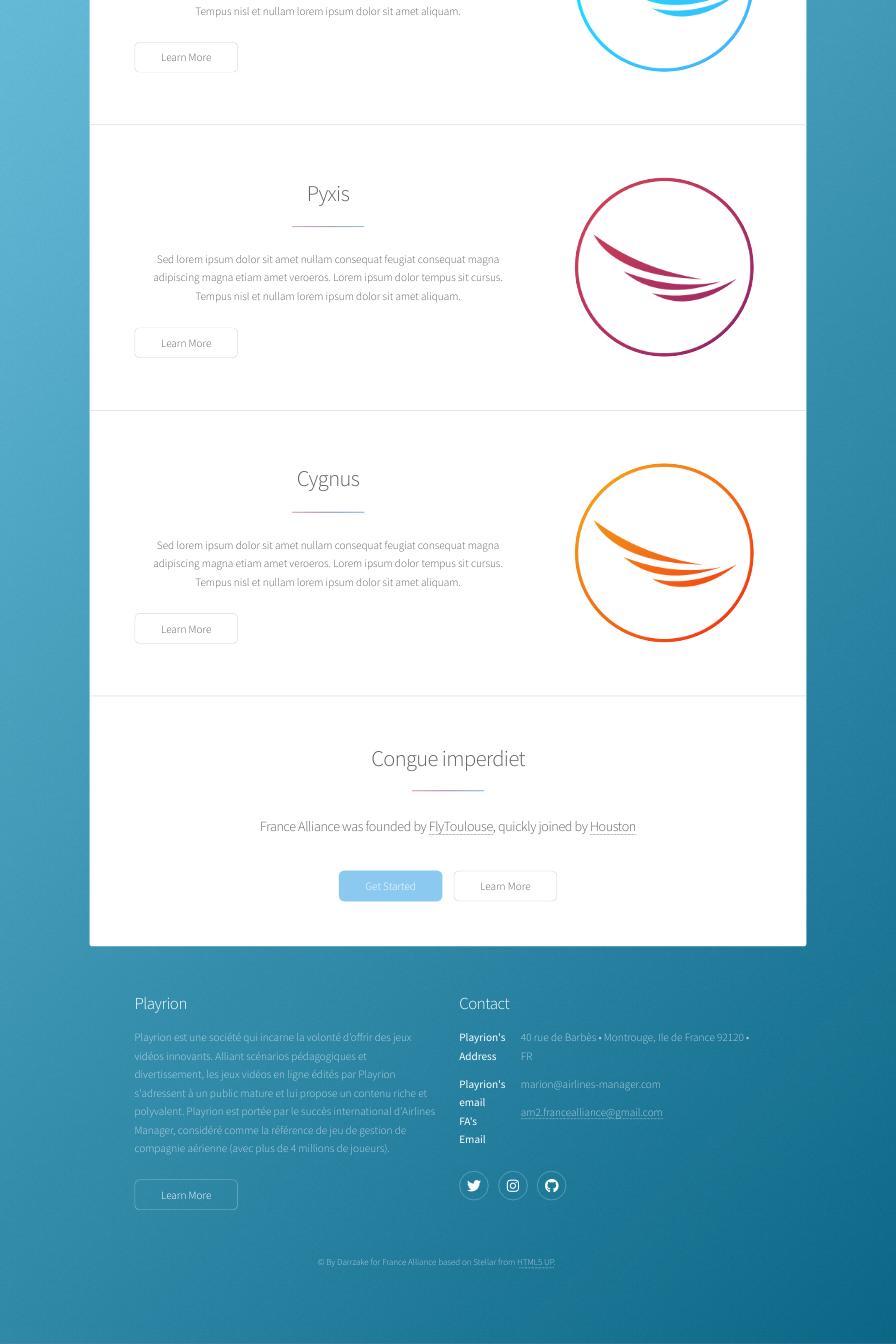
Repository: France-Alliance/France-Alliance.github.io
Page: index.html
The author's editor kept a copy of each file at every save. The page is drawn from the files as they stood at one save, then again after the next save.
The browser window is 1280 px wide. The pictures show the part of the page from y = 1154 to 3074 px (the page is 3074 px tall), at 70% of full size.

Above is the page before, as saved 2021-04-08 17:19:49.

### index.html
<!DOCTYPE HTML>
<!--
	From Stellar by HTML5 UP
	html5up.net | @ajlkn
	Free for personal and commercial use under the CCA 3.0 license (html5up.net/license)
-->
<html>

<head>
	<title>France Alliance</title>
	<meta charset="utf-8" />
	<meta name="viewport" content="width=device-width, initial-scale=1, user-scalable=no" />
	<link rel="stylesheet" href="assets/css/main.css" />
	<noscript>
		<link rel="stylesheet" href="assets/css/noscript.css" />
	</noscript>
	<script src="https://twemoji.maxcdn.com/v/latest/twemoji.min.js" crossorigin="anonymous"></script>
</head>

<body class="is-preload">

	<!-- Wrapper -->
	<div id="wrapper">

		<!-- Header -->
		<header id="header" class="alt">
			<span class="logo"><img src="images/Fichier 1.png" alt="" /></span>
			<h1>France Alliance</h1>
			<p>A corporation of alliances by players, for players !<br>
				<i><a href="https://discord.com/invite/ZGWHpfm">Come and fly with us !</a></i></u><br>
			</p>
		</header>



		<!-- Nav -->
		<nav id="nav">
			<ul>
				<li><a href="#intro" class="active">Corporation</a></li>
				<li><a href="#first">Aquila</a></li>
				<li><a href="#second">Pyxis</a></li>
				<li><a href="#third">Cygnus</a></li>
				<li><a href="#au">About us</a></li>
			</ul>
		</nav>

		<!-- Main -->
		<div id="main">
			<!-- Introduction -->
			<section id="intro" class="main">
				<div class="spotlight">
					<div class="content">
						<header class="major">
							<h2>France Alliance Corporation</h2>
						</header>
						<p>Sed lorem ipsum dolor sit amet nullam consequat feugiat consequat magna
							adipiscing magna etiam amet veroeros. Lorem ipsum dolor tempus sit cursus.
							Tempus nisl et nullam lorem ipsum dolor sit amet aliquam.</p>
						<ul class="actions">
							<li><a href="generic.html" class="button">Learn More</a></li>
						</ul>
					</div>
					<span class="image"><img src="Ressources/Fichier 1.png" alt="" /></span>
				</div>
			</section>

			<!-- First Section Example
							<section id="second" class="main special">
								<header class="major">
									<h2>Magna veroeros</h2>
								</header>
								<ul class="features">
									<li>
										<span class="icon solid major style1 fa-code"></span>
										<h3>Ipsum consequat</h3>
										<p>Sed lorem amet ipsum dolor et amet nullam consequat a feugiat consequat tempus veroeros sed consequat.</p>
									</li>
									<li>
										<span class="icon major style3 fa-copy"></span>
										<h3>Amed sed feugiat</h3>
										<p>Sed lorem amet ipsum dolor et amet nullam consequat a feugiat consequat tempus veroeros sed consequat.</p>
									</li>
									<li>
										<span class="icon major style5 fa-gem"></span>
										<h3>Dolor nullam</h3>
										<p>Sed lorem amet ipsum dolor et amet nullam consequat a feugiat consequat tempus veroeros sed consequat.</p>
									</li>
								</ul>
								<footer class="major">
									<ul class="actions special">
										<li><a href="generic.html" class="button">Learn More</a></li>
									</ul>
								</footer>
							</section>
				-->

			<!-- Second Section
							<section id="second" class="main special">
								<header class="major">
									<h2>Ipsum consequat</h2>
									<p>Donec imperdiet consequat consequat. Suspendisse feugiat congue<br />
									posuere. Nulla massa urna, fermentum eget quam aliquet.</p>
								</header>
								<ul class="statistics">
									<li class="style1">
										<span class="icon solid fa-code-branch"></span>
										<strong>5,120</strong> Etiam
									</li>
									<li class="style2">
										<span class="icon fa-folder-open"></span>
										<strong>8,192</strong> Magna
									</li>
									<li class="style3">
										<span class="icon solid fa-signal"></span>
										<strong>2,048</strong> Tempus
									</li>
									<li class="style4">
										<span class="icon solid fa-laptop"></span>
										<strong>4,096</strong> Aliquam
									</li>
									<li class="style5">
										<span class="icon fa-gem"></span>
										<strong>1,024</strong> Nullam
									</li>
								</ul>
								<p class="content">Nam elementum nisl et mi a commodo porttitor. Morbi sit amet nisl eu arcu faucibus hendrerit vel a risus. Nam a orci mi, elementum ac arcu sit amet, fermentum pellentesque et purus. Integer maximus varius lorem, sed convallis diam accumsan sed. Etiam porttitor placerat sapien, sed eleifend a enim pulvinar faucibus semper quis ut arcu. Ut non nisl a mollis est efficitur vestibulum. Integer eget purus nec nulla mattis et accumsan ut magna libero. Morbi auctor iaculis porttitor. Sed ut magna ac risus et hendrerit scelerisque. Praesent eleifend lacus in lectus aliquam porta. Cras eu ornare dui curabitur lacinia.</p>
								<footer class="major">
									<ul class="actions special">
										<li><a href="generic.html" class="button">Learn More</a></li>
									</ul>
								</footer>
							</section>
				-->
			<!-- First Section -->
			<section id="first" class="main special">
				<div class="spotlight">
					<div class="content">
						<header class="major">
							<h2>Aquila</h2>
						</header>
						<p>Sed lorem ipsum dolor sit amet nullam consequat feugiat consequat magna
							adipiscing magna etiam amet veroeros. Lorem ipsum dolor tempus sit cursus.
							Tempus nisl et nullam lorem ipsum dolor sit amet aliquam.</p>
						<ul class="actions">
							<li><a href="generic.html" class="button">Learn More</a></li>
						</ul>
					</div>
					<span class="image"><img src="Ressources/Fichier 2.png" alt="" /></span>
				</div>
			</section>

			<!-- Second Section -->
			<section id="second" class="main special">
				<div class="spotlight">
					<div class="content">
						<header class="major">
							<h2>Pyxis</h2>
						</header>
						<p>Sed lorem ipsum dolor sit amet nullam consequat feugiat consequat magna
							adipiscing magna etiam amet veroeros. Lorem ipsum dolor tempus sit cursus.
							Tempus nisl et nullam lorem ipsum dolor sit amet aliquam.</p>
						<ul class="actions">
							<li><a href="generic.html" class="button">Learn More</a></li>
						</ul>
					</div>
					<span class="image"><img src="Ressources/Fichier 3.png" alt="" /></span>
				</div>
			</section>

			<!-- Third Section -->
			<section id="third" class="main special">
				<div class="spotlight">
					<div class="content">
						<header class="major">
							<h2>Cygnus</h2>
						</header>
						<p>Sed lorem ipsum dolor sit amet nullam consequat feugiat consequat magna
							adipiscing magna etiam amet veroeros. Lorem ipsum dolor tempus sit cursus.
							Tempus nisl et nullam lorem ipsum dolor sit amet aliquam.</p>
						<ul class="actions">
							<li><a href="generic.html" class="button">Learn More</a></li>
						</ul>
					</div>
					<span class="image"><img src="Ressources/Fichier 4.png" alt="" /></span>
				</div>
			</section>

			<!-- About us -->
			<section id="au" class="main special">
				<header class="major">
					<h2>Congue imperdiet</h2>
					<p>France Alliance was founded by <a
							href="https://www.airlines-manager.com/company/profile/airline/450718">FlyToulouse</a>,
						quickly joined by
						<a href="https://www.airlines-manager.com/company/profile/airline/4164392">Houston</a>

					</p>
				</header>
				<footer class="major">
					<ul class="actions special">
						<li><a href="generic.html" class="button primary">Get Started</a></li>
						<li><a href="generic.html" class="button">Learn More</a></li>
					</ul>
				</footer>
			</section>
		</div>

		<!-- Footer -->
		<footer id="footer">
			<section>
				<h2>Playrion</h2>
				<p>Playrion est une société qui incarne la volonté d’offrir des jeux vidéos innovants. Alliant
					scénarios pédagogiques et divertissement, les jeux vidéos en ligne édités par Playrion s'adressent à
					un public mature et lui propose un contenu riche et polyvalent.

					Playrion est portée par le succès international d’Airlines Manager, considéré comme la référence de
					jeu de gestion de compagnie aérienne (avec plus de 4 millions de joueurs).</p>
				<ul class="actions">
					<li><a href="https://discord.gg/airlinesmanager" class="button">Learn More</a></li>
				</ul>
			</section>
			<section>
				<h2>Contact</h2>
				<dl class="alt">
					<dt>Playrion's Address</dt>
					<dd>40 rue de Barbès &bull; Montrouge, Ile de France 92120 &bull; FR</dd>
					<dt>Playrion's email</dt>
					<dd> marion@airlines-manager.com</dd>
					<dt>FA's Email</dt>
					<dd><a href="#">am2.francealliance@gmail.com</a></dd>
				</dl>
				<ul class="icons">
					<li><a href="https://twitter.com/FranceAlliance" class="icon brands fa-twitter alt"><span
								class="label">Twitter</span></a></li>
					<!--<li><a href="#" class="icon brands fa-facebook-f alt"><span class="label">Facebook</span></a></li>-->
					<li><a href="https://www.instagram.com/francealliance" class="icon brands fa-instagram alt"><span
								class="label">Instagram</span></a></li>
					<li><a href="https://github.com/France-Alliance" class="icon brands fa-github alt"><span
								class="label">GitHub</span></a></li>
					<!--<li><a href="#" class="icon brands fa-dribbble alt"><span class="label">Dribbble</span></a></li>-->
				</ul>
			</section>
			<p class="copyright">&copy; By Darrzake for France Alliance based on Stellar from <a
					href="https://html5up.net">HTML5 UP</a>.</p>
		</footer>

	</div>

	<!-- Scripts -->
	<script src="assets/js/jquery.min.js"></script>
	<script src="assets/js/jquery.scrollex.min.js"></script>
	<script src="assets/js/jquery.scrolly.min.js"></script>
	<script src="assets/js/browser.min.js"></script>
	<script src="assets/js/breakpoints.min.js"></script>
	<script src="assets/js/util.js"></script>
	<script src="assets/js/main.js"></script>

</body>

</html>

Loaded but not shown: assets/css/fontawesome-all.min.css (library); assets/js/jquery.min.js (library); assets/js/jquery.scrollex.min.js (common file); assets/js/jquery.scrolly.min.js (common file); assets/js/browser.min.js (common file); assets/js/breakpoints.min.js (common file); assets/js/util.js (587 lines, source omitted); assets/js/main.js (123 lines, source omitted); assets/css/main.css (3784 lines, source omitted)

After the next save:
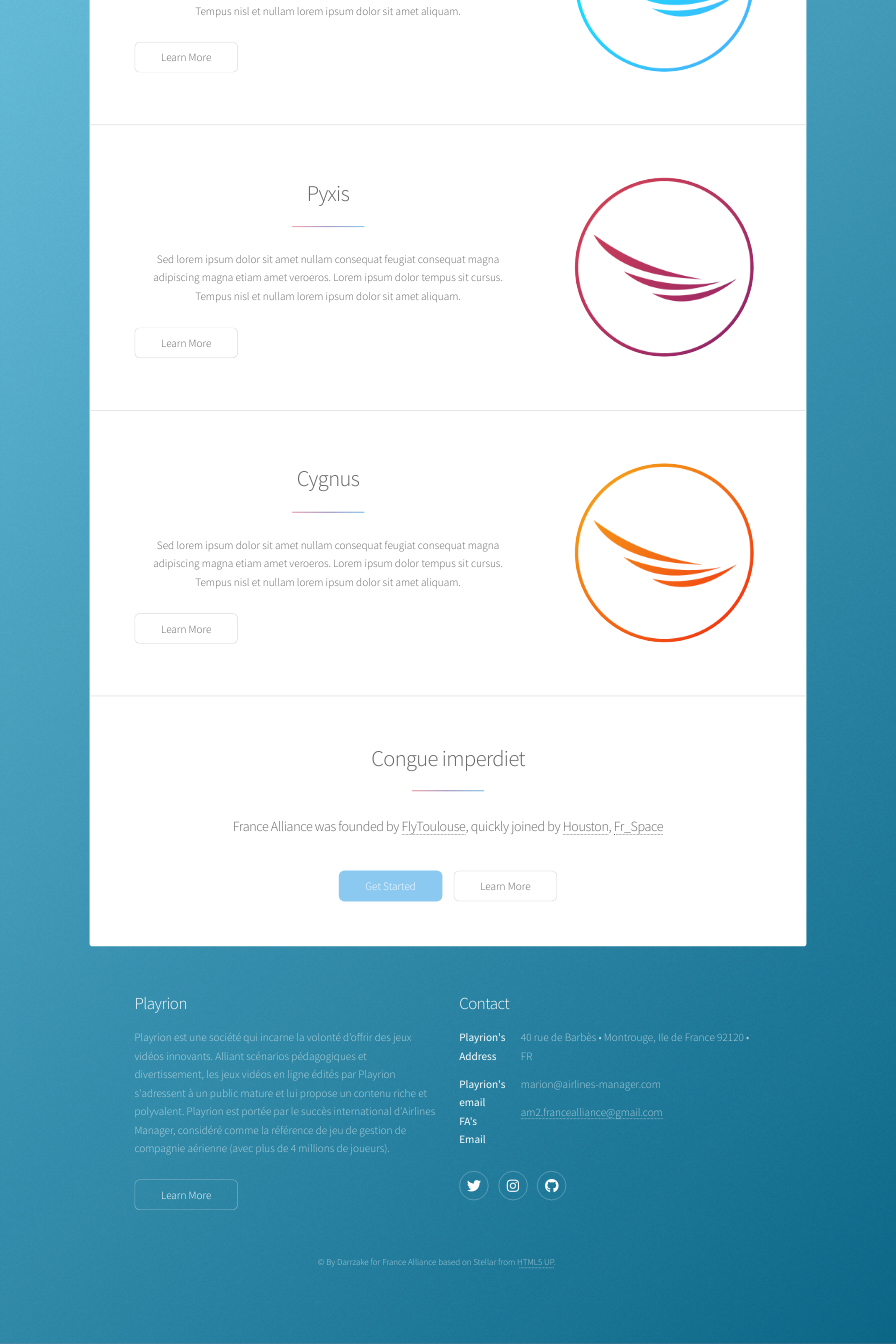
Saved 87 s later.
--- a/index.html
+++ b/index.html
@@ -192,7 +192,8 @@
 					<p>France Alliance was founded by <a
 							href="https://www.airlines-manager.com/company/profile/airline/450718">FlyToulouse</a>,
 						quickly joined by
-						<a href="https://www.airlines-manager.com/company/profile/airline/4164392">Houston</a>
+						<a href="https://www.airlines-manager.com/company/profile/airline/4164392">Houston</a>,
+						<a href="https://www.airlines-manager.com/company/profile/airline/2783241">Fr_Space</a>
 
 					</p>
 				</header>
